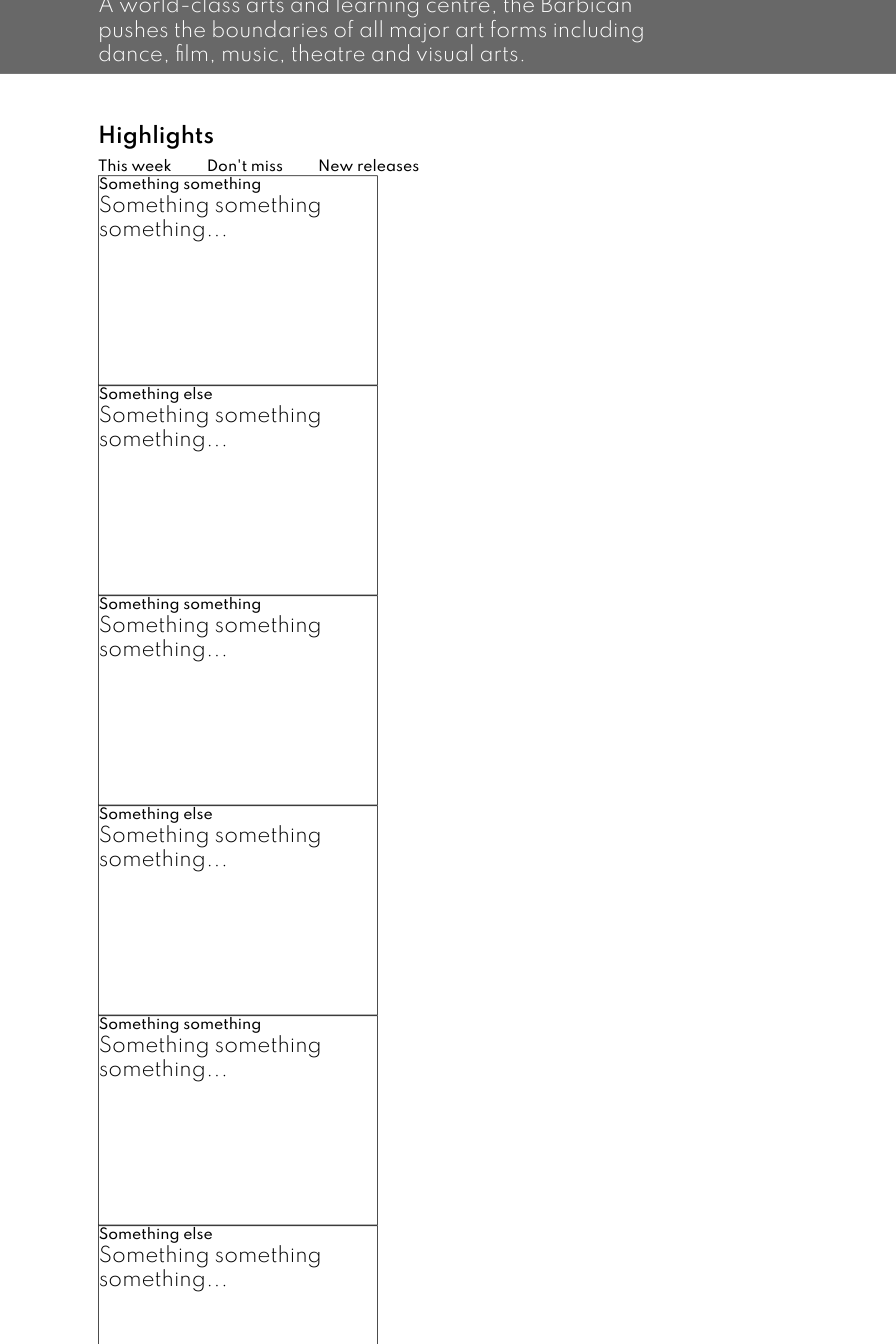
Repository: vvogt/fameworks_vv
Page: /
The author's editor kept a copy of each file at every save. The page is drawn from the files as they stood at one save, then again after the next save.
The browser window is 1280 px wide. The pictures show the part of the page from y = 502 to 2422 px (the page is 2612 px tall before and 1112 px after), at 70% of full size.
Pictures or frames that could not be fetched are drawn as grey boxes. The project was rebuilt for these pictures with package versions that can differ from the ones it lists, and the page was loaded fresh each time. Also part of the build but not shown: src/components/NotFound.js. Imported but missing from the stored project, and not drawn on this page: src/assets/videos/seald_fullhd.mp4.

Above is the page before, as saved 2020-03-28 18:49:23.

### public/index.html
<!DOCTYPE html>
<html lang="en">
  <head>
    <meta charset="utf-8" />
    <link rel="icon" href="%PUBLIC_URL%/favicon.ico" />
    <link href="https://fonts.googleapis.com/css2?family=Spartan:wght@200;300;400;500;531;600;700;800;900&display=swap"
      rel="stylesheet">
    <meta name="viewport" content="width=device-width, initial-scale=1" />
    <meta name="theme-color" content="#000000" />
    <meta
      name="description"
      content="Web site created using create-react-app"
    />
    <!--
      manifest.json provides metadata used when your web app is installed on a
      user's mobile device or desktop. See https://developers.google.com/web/fundamentals/web-app-manifest/
    -->
    <link rel="manifest" href="%PUBLIC_URL%/manifest.json" />
    <!--
      Notice the use of %PUBLIC_URL% in the tags above.
      It will be replaced with the URL of the `public` folder during the build.
      Only files inside the `public` folder can be referenced from the HTML.

      Unlike "/favicon.ico" or "favicon.ico", "%PUBLIC_URL%/favicon.ico" will
      work correctly both with client-side routing and a non-root public URL.
      Learn how to configure a non-root public URL by running `npm run build`.
    -->
  </head>
  <body>
    <noscript>You need to enable JavaScript to run this app.</noscript>
    <div id="root"></div>
    <!--
      This HTML file is a template.
      If you open it directly in the browser, you will see an empty page.

      You can add webfonts, meta tags, or analytics to this file.
      The build step will place the bundled scripts into the <body> tag.

      To begin the development, run `npm start` or `yarn start`.
      To create a production bundle, use `npm run build` or `yarn build`.
    -->
  </body>
</html>

### src/index.js
import React from 'react';
import { render } from 'react-dom';
import './scss/global.scss';
import Router from './components/Router';
import * as serviceWorker from './serviceWorker';

render(<Router />, document.querySelector('#root'));

// If you want your app to work offline and load faster, you can change
// unregister() to register() below. Note this comes with some pitfalls.
// Learn more about service workers: https://bit.ly/CRA-PWA
serviceWorker.unregister();

### src/scss/global.scss
// # SETTINGS
@import 'settings.variables';

// # TOOLS
@import 'tools.mixins';
@import 'tools.units';

// # BASE
@import 'base.normalize';
@import 'base.reset';
@import 'base.body';

//COMPONENTS

@import 'components.header';
@import 'components.hero';
@import 'components.section';

### src/components/Router.js
import React from 'react';
import { BrowserRouter, Route, Switch } from 'react-router-dom';
import Main from './Main';
import NotFound from './NotFound';

const Router = () => (
  <BrowserRouter>
    <Switch>
      <Route exact path="/" component={Main} />
      <Route component={NotFound} />
    </Switch>
  </BrowserRouter>
);

export default Router;

### src/scss/_settings.variables.scss
/* ------------------------------------------
   settings.VARIABLES
------------------------------------------ */

// Fonts
$font: 'Spartan', sans-serif;

$font_btn: rem-calc(15);

// Colors
$black: #000000;
$white: #ffffff;
$orange: #ff5900;
$orange-drkr: #e65000;

// Layout
$gutter: 20px;

// Animations
$transition-in: 0.1s;
$transition-out: 0.3s;

// Box Shadow
$shadow_light: 1px 2px 2px rgba($black, 0.1);
$shadow_dark: 1px 2px 2px rgba($black, 0.2);

// Padding
$padding_lr_1: 240px;
$padding_lr_2: 140px;
$padding_lr_3: 80px;
$padding_lr_4: 20px;

$padding_lr: 20px, 80px, 140px, 240px;

### src/scss/_tools.mixins.scss
/* ------------------------------------------
   tools.MIXINS
------------------------------------------ */

@mixin clearfix() {
  &:before, &:after {
    content: " ";
    display: table;
  }
  &:after {
    clear: both;
  }
}

@mixin un-clearfix() {
  &:before, &:after {
    content: none;
    display: auto;
  }
  &:after {
    clear: none;
  }
}

// Image Replacement

@mixin ir() {
  border: 0;
  font: 0/0 a;
  text-shadow: none;
  color: transparent;
  // background: url(test.png);
  // width: 300px;
  // height: 75px;
}

// Hide only visually, but have it available for screen readers:
// http://snook.ca/archives/html_and_css/hiding-content-for-accessibility

@mixin visuallyhidden() {
    border: 0;
    clip: rect(0 0 0 0);
    height: 1px;
    margin: -1px;
    overflow: hidden;
    padding: 0;
    position: absolute;
    width: 1px;
}


//  ## Media query and orietation mixins
//  ==================================================
//  http://alwaystwisted.com/post.php?s=2013-04-01-my-media-query-mixin


@mixin mq($point, $query1: min, $query2: width) {
  @media screen and (#{$query1}-#{$query2}: strip-unit($point) / 16 +em) {
    @content;
  }
}

@mixin orient($orientation: landscape) {
  @media (orientation : $orientation) {
    @content;
  }
}

@mixin setLRPadding($padding-lr4: 20px, $padding-lr3: 80px, $padding-lr2: 140px, $padding-lr1: 240px) {
  padding-left: $padding-lr4;
  padding-right: $padding-lr4;

   @include mq(600) {
      padding-left: $padding-lr3;
      padding-right: $padding-lr3;
   }

   @include mq(1000) {
      padding-left: $padding-lr2;
      padding-right: $padding-lr2;
   }

   @include mq(1400) {
      padding-left: $padding-lr1;
      padding-right: $padding-lr1;
   }
}

### src/scss/_tools.units.scss
// Foundation for Sites by ZURB
// foundation.zurb.com
// Licensed under MIT Open Source

////
/// @group functions
////

$global-font-size: 100% !default;

// scss-lint:disable ZeroUnit

/// Removes the unit (e.g. px, em, rem) from a value, returning the number only.
///
/// @param {Number} $num - Number to strip unit from.
///
/// @returns {Number} The same number, sans unit.
@function strip-unit($num) {
  @return $num / ($num * 0 + 1);
}

/// Converts one or more pixel values into matching rem values.
///
/// @param {Number|List} $values - One or more values to convert. Be sure to separate them with spaces and not commas. If you need to convert a comma-separated list, wrap the list in parentheses.
/// @param {Number} $base [null] - The base value to use when calculating the `rem`. If you're using Foundation out of the box, this is 16px. If this parameter is `null`, the function will reference the `$base-font-size` variable as the base.
///
/// @returns {List} A list of converted values.
@function rem-calc($values, $base: null) {
  $rem-values: ();
  $count: length($values);

  // If no base is defined, defer to the global font size
  @if $base == null {
    $base: $global-font-size;
  }

  // If the base font size is a %, then multiply it by 16px
  // This is because 100% font size = 16px in most all browsers
  @if unit($base) == '%' {
    $base: ($base / 100%) * 16px;
  }

  @if $count == 1 {
    @return -zf-to-rem($values, $base);
  }

  @for $i from 1 through $count {
    $rem-values: append($rem-values, -zf-to-rem(nth($values, $i), $base));
  }

  @return $rem-values;
}

// Converts a unitless, pixel, or rem value to em, for use in breakpoints.
@function -zf-bp-to-em($value) {
  // Pixel and unitless values are converted to rems
  @if unit($value) == 'px' or unitless($value) {
    $value: rem-calc($value, $base: 16px);
  }

  // Then the value is converted to ems
  @return strip-unit($value) * 1em;
}

/// Converts a pixel value to matching rem value. *Any* value passed, regardless of unit, is assumed to be a pixel value. By default, the base pixel value used to calculate the rem value is taken from the `$global-font-size` variable.
/// @access private
///
/// @param {Number} $value - Pixel value to convert.
/// @param {Number} $base [null] - Base for pixel conversion.
///
/// @returns {Number} A number in rems, calculated based on the given value and the base pixel value. rem values are passed through as is.
@function -zf-to-rem($value, $base: null) {
  // Check if the value is a number
  @if type-of($value) != 'number' {
    @warn inspect($value) + ' was passed to rem-calc(), which is not a number.';
    @return $value;
  }

  // Calculate rem if units for $value is not rem
  @if unit($value) != 'rem' {
    $value: strip-unit($value) / strip-unit($base) * 1rem;
  }

  // Turn 0rem into 0
  @if $value == 0rem {
    $value: 0;
  }

  @return $value;
}

### src/scss/_base.normalize.scss
/* ------------------------------------------
   settings.NORMALIZE
------------------------------------------ */

/*! normalize.css v4.1.1 | MIT License | github.com/necolas/normalize.css */

/**
 * 1. Change the default font family in all browsers (opinionated).
 * 2. Prevent adjustments of font size after orientation changes in IE and iOS.
 */

 html {
  font-family: sans-serif; /* 1 */
  -ms-text-size-adjust: 100%; /* 2 */
  -webkit-text-size-adjust: 100%; /* 2 */
}

/**
 * Remove the margin in all browsers (opinionated).
 */

body {
  margin: 0;
}

/* HTML5 display definitions
   ========================================================================== */

/**
 * Add the correct display in IE 9-.
 * 1. Add the correct display in Edge, IE, and Firefox.
 * 2. Add the correct display in IE.
 */

article,
aside,
details, /* 1 */
figcaption,
figure,
footer,
header,
main, /* 2 */
menu,
nav,
section,
summary { /* 1 */
  display: block;
}

/**
 * Add the correct display in IE 9-.
 */

audio,
canvas,
progress,
video {
  display: inline-block;
}

/**
 * Add the correct display in iOS 4-7.
 */

audio:not([controls]) {
  display: none;
  height: 0;
}

/**
 * Add the correct vertical alignment in Chrome, Firefox, and Opera.
 */

progress {
  vertical-align: baseline;
}

/**
 * Add the correct display in IE 10-.
 * 1. Add the correct display in IE.
 */

template, /* 1 */
[hidden] {
  display: none;
}

/* Links
   ========================================================================== */

/**
 * 1. Remove the gray background on active links in IE 10.
 * 2. Remove gaps in links underline in iOS 8+ and Safari 8+.
 */

a {
  background-color: transparent; /* 1 */
  -webkit-text-decoration-skip: objects; /* 2 */
}

/**
 * Remove the outline on focused links when they are also active or hovered
 * in all browsers (opinionated).
 */

a:active,
a:hover {
  outline-width: 0;
}

/* Text-level semantics
   ========================================================================== */

/**
 * 1. Remove the bottom border in Firefox 39-.
 * 2. Add the correct text decoration in Chrome, Edge, IE, Opera, and Safari.
 */

abbr[title] {
  border-bottom: none; /* 1 */
  text-decoration: underline; /* 2 */
  text-decoration: underline dotted; /* 2 */
}

/**
 * Prevent the duplicate application of `bolder` by the next rule in Safari 6.
 */

b,
strong {
  font-weight: inherit;
}

/**
 * Add the correct font weight in Chrome, Edge, and Safari.
 */

b,
strong {
  font-weight: bolder;
}

/**
 * Add the correct font style in Android 4.3-.
 */

dfn {
  font-style: italic;
}

/**
 * Correct the font size and margin on `h1` elements within `section` and
 * `article` contexts in Chrome, Firefox, and Safari.
 */

h1 {
  font-size: 2em;
  margin: 0.67em 0;
}

/**
 * Add the correct background and color in IE 9-.
 */

mark {
  background-color: #ff0;
  color: #000;
}

/**
 * Add the correct font size in all browsers.
 */

small {
  font-size: 80%;
}

/**
 * Prevent `sub` and `sup` elements from affecting the line height in
 * all browsers.
 */

sub,
sup {
  font-size: 75%;
  line-height: 0;
  position: relative;
  vertical-align: baseline;
}

sub {
  bottom: -0.25em;
}

sup {
  top: -0.5em;
}

/* Embedded content
   ========================================================================== */

/**
 * Remove the border on images inside links in IE 10-.
 */

img {
  border-style: none;
}

/**
 * Hide the overflow in IE.
 */

svg:not(:root) {
  overflow: hidden;
}

/* Grouping content
   ========================================================================== */

/**
 * 1. Correct the inheritance and scaling of font size in all browsers.
 * 2. Correct the odd `em` font sizing in all browsers.
 */

code,
kbd,
pre,
samp {
  font-family: monospace, monospace; /* 1 */
  font-size: 1em; /* 2 */
}

/**
 * Add the correct margin in IE 8.
 */

figure {
  margin: 1em 40px;
}

/**
 * 1. Add the correct box sizing in Firefox.
 * 2. Show the overflow in Edge and IE.
 */

hr {
  box-sizing: content-box; /* 1 */
  height: 0; /* 1 */
  overflow: visible; /* 2 */
}

/* Forms
   ========================================================================== */

/**
 * 1. Change font properties to `inherit` in all browsers (opinionated).
 * 2. Remove the margin in Firefox and Safari.
 */

button,
input,
select,
textarea {
  font: inherit; /* 1 */
  margin: 0; /* 2 */
}

/**
 * Restore the font weight unset by the previous rule.
 */

optgroup {
  font-weight: bold;
}

/**
 * Show the overflow in IE.
 * 1. Show the overflow in Edge.
 */

button,
input { /* 1 */
  overflow: visible;
}

/**
 * Remove the inheritance of text transform in Edge, Firefox, and IE.
 * 1. Remove the inheritance of text transform in Firefox.
 */

button,
select { /* 1 */
  text-transform: none;
}

/**
 * 1. Prevent a WebKit bug where (2) destroys native `audio` and `video`
 *    controls in Android 4.
 * 2. Correct the inability to style clickable types in iOS and Safari.
 */

button,
html [type="button"], /* 1 */
[type="reset"],
[type="submit"] {
  -webkit-appearance: button; /* 2 */
}

/**
 * Remove the inner border and padding in Firefox.
 */

button::-moz-focus-inner,
[type="button"]::-moz-focus-inner,
[type="reset"]::-moz-focus-inner,
[type="submit"]::-moz-focus-inner {
  border-style: none;
  padding: 0;
}

/**
 * Restore the focus styles unset by the previous rule.
 */

button:-moz-focusring,
[type="button"]:-moz-focusring,
[type="reset"]:-moz-focusring,
[type="submit"]:-moz-focusring {
  outline: 1px dotted ButtonText;
}

/**
 * Change the border, margin, and padding in all browsers (opinionated).
 */

fieldset {
  border: 1px solid #c0c0c0;
  margin: 0 2px;
  padding: 0.35em 0.625em 0.75em;
}

/**
 * 1. Correct the text wrapping in Edge and IE.
 * 2. Correct the color inheritance from `fieldset` elements in IE.
 * 3. Remove the padding so developers are not caught out when they zero out
 *    `fieldset` elements in all browsers.
 */

legend {
  box-sizing: border-box; /* 1 */
  color: inherit; /* 2 */
  display: table; /* 1 */
  max-width: 100%; /* 1 */
  padding: 0; /* 3 */
  white-space: normal; /* 1 */
}

/**
 * Remove the default vertical scrollbar in IE.
 */

textarea {
  overflow: auto;
}

/**
 * 1. Add the correct box sizing in IE 10-.
 * 2. Remove the padding in IE 10-.
 */

[type="checkbox"],
[type="radio"] {
  box-sizing: border-box; /* 1 */
  padding: 0; /* 2 */
}

/**
 * Correct the cursor style of increment and decrement buttons in Chrome.
 */

[type="number"]::-webkit-inner-spin-button,
[type="number"]::-webkit-outer-spin-button {
  height: auto;
}

/**
 * 1. Correct the odd appearance in Chrome and Safari.
 * 2. Correct the outline style in Safari.
 */

[type="search"] {
  -webkit-appearance: textfield; /* 1 */
  outline-offset: -2px; /* 2 */
}

/**
 * Remove the inner padding and cancel buttons in Chrome and Safari on OS X.
 */

[type="search"]::-webkit-search-cancel-button,
[type="search"]::-webkit-search-decoration {
  -webkit-appearance: none;
}

/**
 * Correct the text style of placeholders in Chrome, Edge, and Safari.
 */

::-webkit-input-placeholder {
  color: inherit;
  opacity: 0.54;
}

/**
 * 1. Correct the inability to style clickable types in iOS and Safari.
 * 2. Change font properties to `inherit` in Safari.
 */

::-webkit-file-upload-button {
  -webkit-appearance: button; /* 1 */
  font: inherit; /* 2 */
}

### src/scss/_base.reset.scss
/* ------------------------------------------
  generic.RESET
------------------------------------------ */

* {
  box-sizing: border-box;
}

img,
iframe {
  max-width: 100%;
  height: auto;
}

h1,h2,h3,h4,h5,h6,
p,blockquote,pre,
dl,dd,ol,ul,
form,fieldset,legend,
table,th,td,caption,
hr,figure {
  margin:0;
  padding:0;
}

li {
  list-style: none;
}

::selection {

}

### src/scss/_base.body.scss
body {
  font-family: $font;
  font-size: rem-calc(14);
  line-height: rem-calc(18);
  font-weight: 400;
  color: $black;
  background-color: $white;
  margin: 0px;
  padding: 0px;
}

p {
  font-family: $font;
  font-size: rem-calc(20);
  line-height: rem-calc(26);
  color: $black;
  font-weight: 355;

  @include mq(350) {
    font-size: rem-calc(24);
    line-height: rem-calc(30);
  }

  @include mq(1000) {
    font-size: rem-calc(28);
    line-height: rem-calc(35);
  }
}

a {
  color: $black;
  text-decoration: none;

  &:hover {
    text-decoration: none;
    color: $white;
  }
}

h1,
h2,
h3,
h4,
h5 {
  font-weight: 500;
}

h1 {
  font-size: rem-calc(70);
  line-height: rem-calc(78);
  font-weight: 1000;

}

h2 {
  font-size: rem-calc(36);
  line-height: rem-calc(40);
  font-weight: 600;
  color: $black;

  @include mq(700) {
    font-size: rem-calc(46);
    line-height: rem-calc(50);
  }

  @include mq(1000) {
    font-size: rem-calc(56);
    line-height: rem-calc(60);
  }


}

h2+p {
  margin-top: 20px;

  @include mq(1000) {
    margin-top: 45px;
  }
}

h3 {
  font-size: rem-calc(20);
  line-height: rem-calc(25);
}

h4 {
  font-size: rem-calc(18);
  line-height: rem-calc(21);
}

h5 {
  font-size: rem-calc(14);
  line-height: rem-calc(18);
}

.wrapper {
  width: 100%;
  margin: 0 auto;
  background-color: $white;
  overflow: hidden;
}

### src/scss/_components.header.scss
.header {
   background-color: $orange;
   width: 100%;
   display: flex;
   flex-direction: column;
   color: white;

   &__main {
      height: 55px;
      width: 100%;
      display: flex;
      flex-direction: row;
      justify-content: space-between;
      align-items: center;
      padding-left: $padding-lr_4;
      padding-right: $padding-lr_4;

      @include mq(400) {
         height: 68.3px;
      }

      @include mq(500) {
         height: 81.6px;
      }

      @include setLRPadding($padding_lr);

      .logo {
         font-weight: 800;
         font-size: rem-calc(20);
         letter-spacing: rem-calc(-1.5);

         @include mq(400) {

         }

         @include mq(500) {

         }

         @include mq(600) {
            font-size: rem-calc(40);
         }
      }

      &__right {
         display: flex;
         flex-direction: row;
         flex-wrap: nowrap;
         align-items: center;
         justify-content: right;
         display: flex;

         @include mq(770) {
            width: 340px;
         }

         @include mq(1000) {
            width: 440px;
         }

         input {
            width: 220px;
            height: 42.5px;
            border-radius: 4px;
            box-shadow: inset 0 0 20px rgba(0,0,0,0.1);
            background-color: $orange-drkr;
            border: 1px solid;
            border-color: rgba(0,0,0,0.1);
            color: $white;
            padding: 0px 15px;
            line-height: 1;
            padding: .75em 1em;
            font-weight: 300;
            transition: background-color 0.2s ease-in;

            @include mq(1000) {
               width: 320px;
            }

            &:focus {
               outline: none;
               background-color: darken($orange-drkr, 5%);
               transition: background-color 0.1s ease-in;

            }
         }

         .search-icon {
            width: 20px;
            height: 20px;
         }

         .login {
            display: flex;
            flex-direction: row;
            flex-wrap: nowrap;
            align-items: center;
            font-weight: 800;
            margin-left: 20px;
            white-space: nowrap;

            img {
               position: relative;
               width: 30px;
               height: 30px;

               @include mq(770) {
                  top: -3px;
                  width: 20px;
                  height: 20px;
                  margin-left: 0px;
                  margin-right: 5px;
               }
            }

            span {
               display: none;

               @include mq(770) {
                  display: inline;
               }
            }
         }

         .search-icon {
            display: inline;
            width: 30px;
            height: 30px;

            @include mq(770) {
               display: none;
            }
         }

         input {
            display: none;

            @include mq(770) {
               display: inline;
            }
         }
      }
   }

   &__nav {
      height: 55px;
      border-top: 1px $white solid;
      border-color: rgba(255, 255, 255, 0.5);
      padding-left: $padding-lr_4;
      overflow: scroll;
      -ms-overflow-style: none;  // IE 10+
      overflow: -moz-scrollbars-none;  // Firefox

      &::-webkit-scrollbar {
         display: none;
      }

      @include mq(600) {
         padding-left: $padding-lr_3;
      }

      @include mq(1000) {
         padding-left: $padding-lr_2;
      }

      @include mq(1400) {
         padding-left: $padding-lr_1;
      }

      ul {
         font-weight: 800;
         display: flex;
         flex-direction: row;
         width: 1000px;
         height: 100%;
         justify-content: space-between;
         align-items: center;
      }
   }
}

### src/scss/_components.hero.scss
.hero {
   background-color: rgb(104, 104, 104);
   height: 300px;
   position: relative;

   @include setLRPadding();

   @include mq(750) {
      height: calc(100vh - 250px);
   }

   &__content {
      position: absolute;
      z-index: 2;
      margin-top: 200px;
      margin-bottom: 200px;



      h1, p {
         color: $white;
      }

      h1 {
         width: 50%;
      }

      p {
         width: 70%;
      }
   }

   &__bgVideo {
      position: absolute;
      object-fit: cover;
      left: 0;
      right: 0;
      width: 100%;
      height: 100%;
      background-position: center;
   }
}

### src/scss/_components.section.scss
.section_highlights {
   padding-top: rem-calc(60);
   padding-bottom: rem-calc(60);
   @include setLRPadding($padding_lr);

   .articlePreviews {
      ul {
         display: flex;
         overflow: scroll;
         flex-direction: row;
         flex-wrap: none;
      }
   }

   .articlePreview {
      width: 400px;
      height: 300px;
      border: 1px solid black;
   }

   .categoryTabs {
      width: 100%;

      ul {
         display: flex;
         flex-direction: row;
         -ms-flex-align: left;

         li {
            padding-right: 50px;
         }
      }
   }

   h2 {
      font-size: rem-calc(30);
   }
}

### src/components/Hero.js
import React from 'react';



class Hero extends React.Component {
   render() {
      const title = this.props.title;
      const text = this.props.text;
      const video = this.props.bgVideo;

      return (
        <div className="hero">
          <div className="hero__content">
            <h1>{title}</h1>
            <p>{text}</p>
          </div>
          <video
            className="hero__bgVideo"
            autoPlay
            muted
            loop
          >
            <source src={video} type="video/mp4" />
          </video>
        </div>
      );
   }
}

export default Hero;

### src/components/Section.js
import React from 'react';

class Block extends React.Component {
  setBgImage = imageUrl => {
    let bgImageStyle = {
      backgroundImage: `url(${imageUrl})`,
      backgroundPosition: 'center',
      backgroundSize: 'cover',
      backgroundRepeat: 'no-repeat'
    };

    return bgImageStyle;
  };

  renderArticles = (tabs, tabName) => {
    return (
      tabs[tabName].map(article => {
        return (
          <li key={article.id}>
            <div className="articlePreview">
              <div
                className="arcticle__image"
                style={this.setBgImage(article.imageUrl)}
              ></div>
              <h3>{article.title}</h3>
              <p>{article.description}</p>
            </div>
          </li>
        );
      })
    );
  };

  renderCategoryNames = tabs => {
    return Object.keys(tabs).map(category => {
      return (
        <li key={category}>
          <h3>{category}</h3>
        </li>
      );
    });
  };

  render() {
    return (
      <div className={`section_${this.props.title.toLowerCase()}`}>
        <h2>{this.props.title}</h2>
        <div className="categoryTabs">
          <ul>{this.renderCategoryNames(this.props.content)}</ul>
        </div>
        <div className="articlePreviews">
          {this.renderArticles(this.props.content, this.props.activeTab)}
        </div>
      </div>
    );
  }
}

export default Block;

Loaded but not shown: src/serviceWorker.js (common file); src/components/Main.js (142 lines, source omitted); src/components/Header.js (46 lines, source omitted)

After the next save:
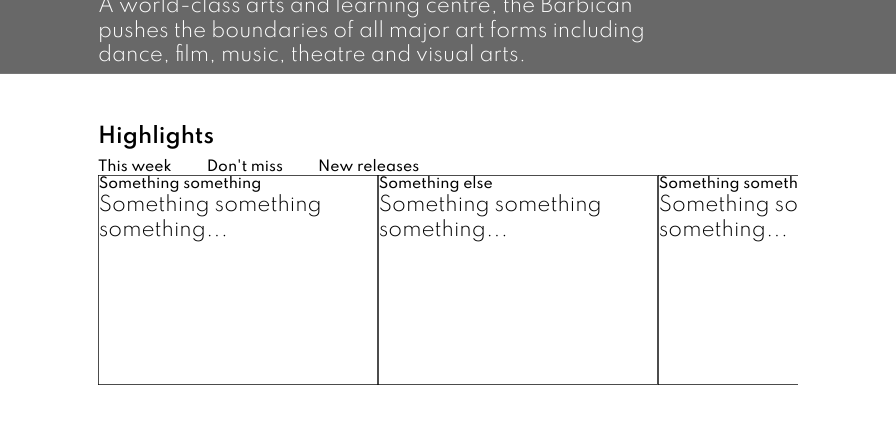
Saved 58 s later.
--- a/src/components/Section.js
+++ b/src/components/Section.js
@@ -49,7 +49,9 @@
           <ul>{this.renderCategoryNames(this.props.content)}</ul>
         </div>
         <div className="articlePreviews">
-          {this.renderArticles(this.props.content, this.props.activeTab)}
+          <ul>
+            {this.renderArticles(this.props.content, this.props.activeTab)}
+          </ul>
         </div>
       </div>
     );
